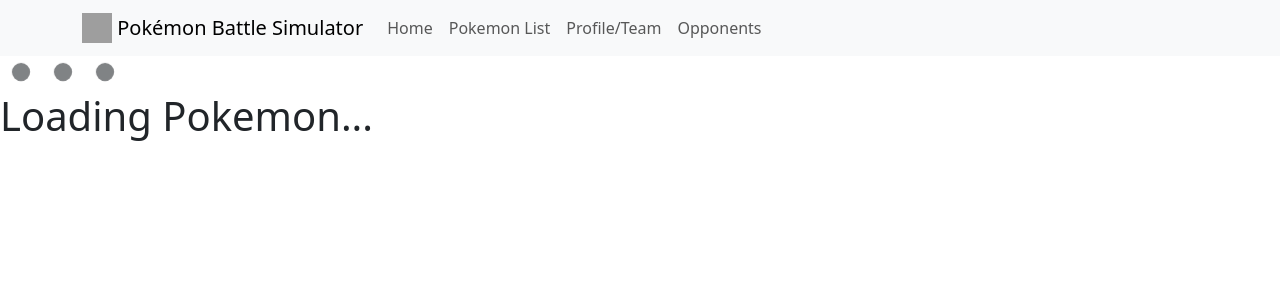
Repository: chsbca/Pokemon-Battle-Simulator
Page: /pokemon_list (app in front-end/)
An editor plug-in stored every save of this project. The page is shown before and after the next save, followed by the edit.
The browser window is 1280 px wide. The pictures show the whole page.
Pictures or frames that could not be fetched are drawn as grey boxes. The page's requests for data from a server got no answer. The project was rebuilt for these pictures with package versions that can differ from the ones it lists, and the page was loaded fresh each time. No one was signed in, and anything a server would have sent is missing. Also part of the build but not shown: front-end/vite.config.js, front-end/src/pages/Error404Page.jsx, front-end/src/pages/HomePage.jsx, front-end/src/pages/ProfilePage.jsx, front-end/src/pages/OpponentsPage.jsx.

Above is the page before, as saved 2024-04-10 08:33:26.

After the next save:
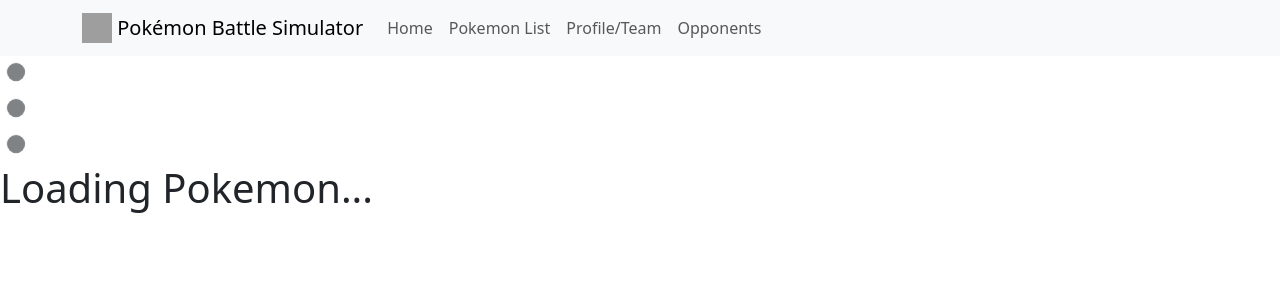
Saved 37 s later.
--- a/front-end/src/pages/PokemonListPage.jsx
+++ b/front-end/src/pages/PokemonListPage.jsx
@@ -20,9 +20,15 @@
     if (!isLoading) {
         return (
             <>
-                <Spinner animation="grow" role="status" style={{ margin: "0 5px" }}/>
-                <Spinner animation="grow" role="status" style={{ margin: "0 5px" }}/>
-                <Spinner animation="grow" role="status" style={{ margin: "0 5px" }}/>
+                <div className="grow-spinner" style={{animationDelay: "0s"}}>
+                    <Spinner animation="grow" role="status"/>
+                </div>
+                <div className="grow-spinner" style={{animationDelay: "0.5s"}}>
+                    <Spinner animation="grow" role="status"/>
+                </div>
+                <div className="grow-spinner" style={{animationDelay: "1s"}}>
+                    <Spinner animation="grow" role="status"/>
+                </div>
                 <div>
                     <h1>Loading Pokemon...</h1>
                 </div>

After the save that followed:
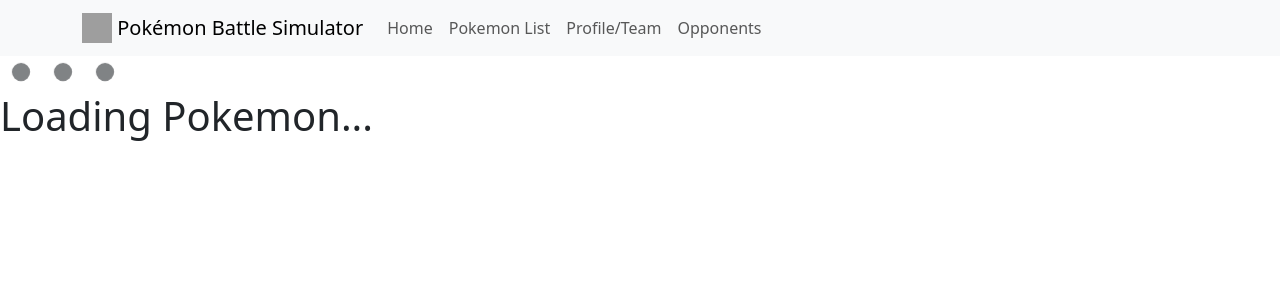
Saved 34 s later.
--- a/front-end/src/pages/PokemonListPage.jsx
+++ b/front-end/src/pages/PokemonListPage.jsx
@@ -20,15 +20,9 @@
     if (!isLoading) {
         return (
             <>
-                <div className="grow-spinner" style={{animationDelay: "0s"}}>
-                    <Spinner animation="grow" role="status"/>
-                </div>
-                <div className="grow-spinner" style={{animationDelay: "0.5s"}}>
-                    <Spinner animation="grow" role="status"/>
-                </div>
-                <div className="grow-spinner" style={{animationDelay: "1s"}}>
-                    <Spinner animation="grow" role="status"/>
-                </div>
+                <Spinner animation="grow" role="status" style={{ margin: "0 5px" }}/>
+                <Spinner animation="grow" role="status" style={{ margin: "0 5px" }}/>
+                <Spinner animation="grow" role="status" style={{ margin: "0 5px" }}/>
                 <div>
                     <h1>Loading Pokemon...</h1>
                 </div>
